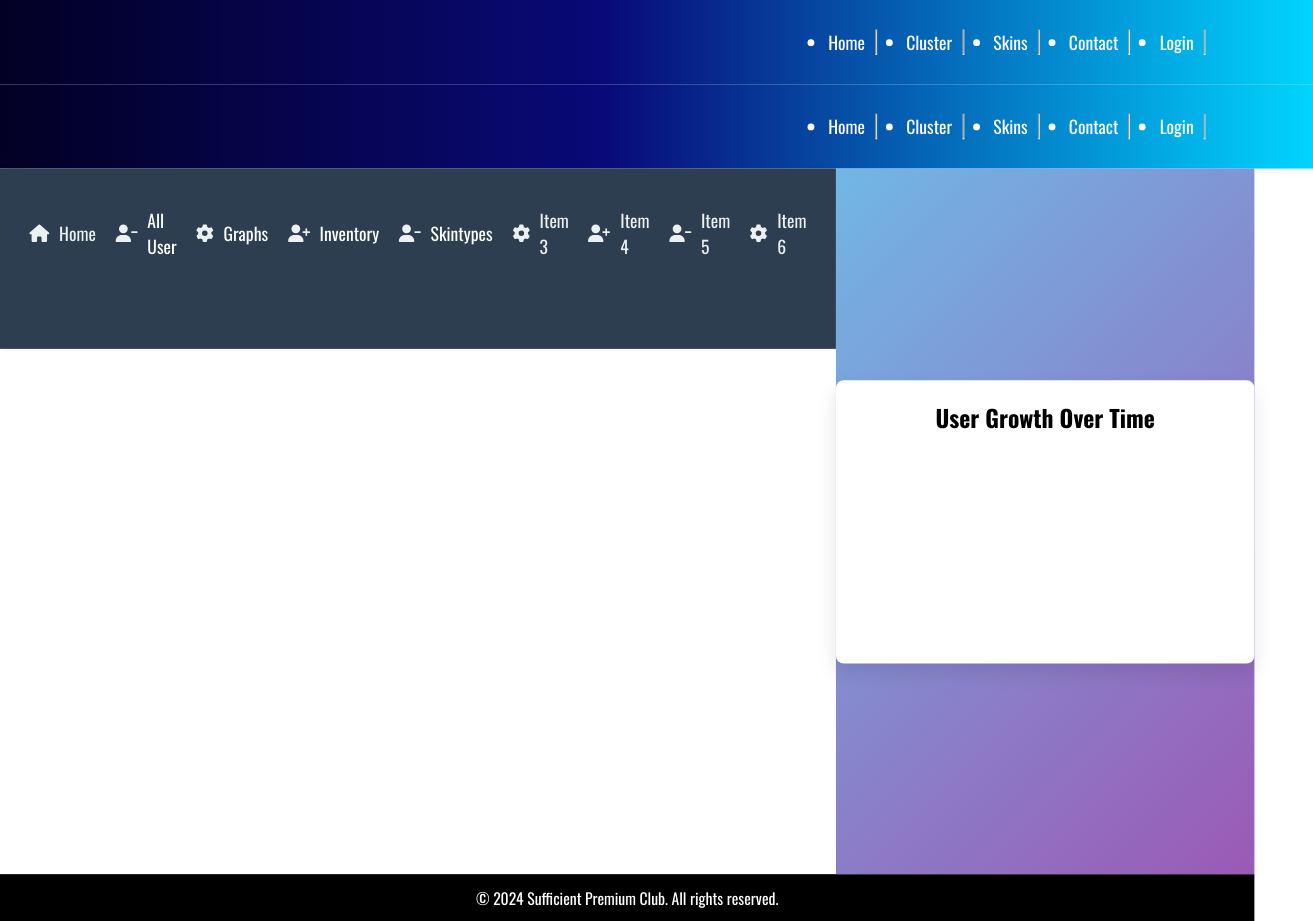
Repository: TechMukul/new
Page: /Graphs
The author's editor kept a copy of each file at every save. The page is drawn from the files as they stood at one save, then again after the next save.
The browser window is 1280 px wide. The page is 1340 px wide, then 1280 px, so the pictures cover 1340 px, including what lies to the right of the window. The pictures show the whole page, at 98% of full size.
The page's requests for data from a server got no answer. Some web fonts or font styles are not loaded; a fallback is used. The project was rebuilt for these pictures with package versions that can differ from the ones it lists, and the page was loaded fresh each time. The framework's server and built-in components were replaced by stand-ins that run in the browser. No one was signed in, and anything a server would have sent is missing. Also part of the build but not shown: next.config.mjs.

Above is the page before, as saved 2024-08-08 15:45:27.

After the next save:
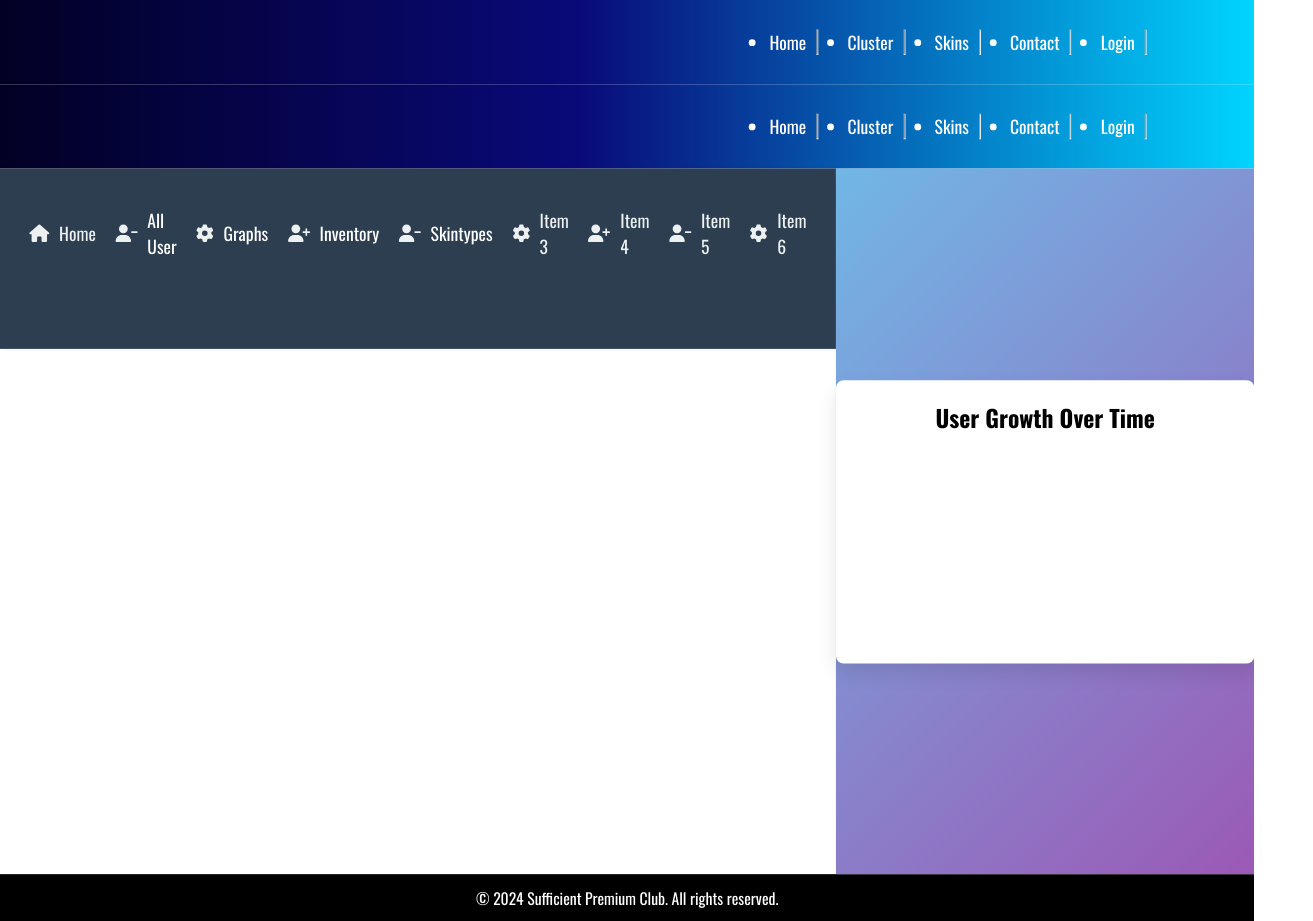
Saved 26 s later.
--- a/Components/Navbar/index.module.scss
+++ b/Components/Navbar/index.module.scss
@@ -2,7 +2,7 @@
   display: flex;
   justify-content: end;
   padding: 30px;
-  width: 100%;
+  // width: 100%;
   // position: absolute;
   color: white;
   background: rgb(2,0,36);
